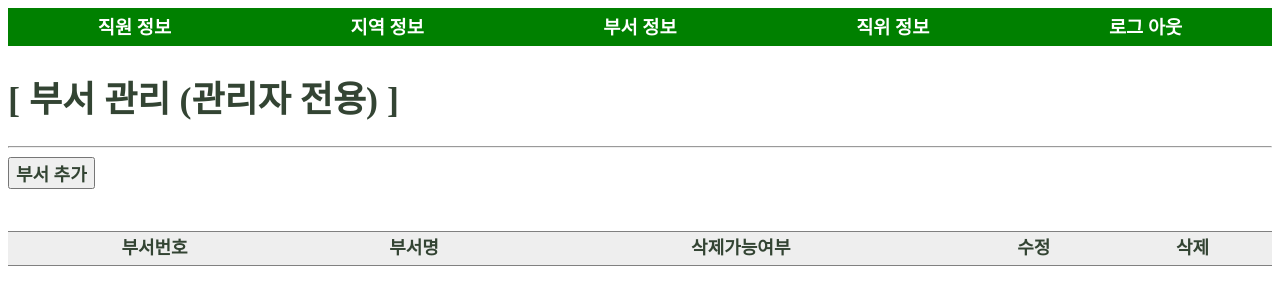
Repository: youngsik0405/SpringMVC
Page: http://localhost/mvc04/WEB-INF/view/RegionList.jsp
These files come from the project's save history. The page is drawn as it stood at one moment and after the next save; the edit follows.
The browser window is 1280 px wide. The pictures show the whole page.
The page is served by Tomcat 9. Nobody is signed in. The template is opened directly, without the code that normally fills it, so the values that code supplies are empty.

Above is the page before, as saved 2025-02-26 05:06:39.

### mvc04/WebContent/WEB-INF/view/RegionList.jsp
<%@ page contentType="text/html; charset=UTF-8"%>
<%@ taglib prefix="c" uri="http://java.sun.com/jsp/jstl/core"%>
<%
	request.setCharacterEncoding("UTF-8");
	String cp = request.getContextPath();
%>
<!DOCTYPE html>
<html>
<head>
<meta charset="UTF-8">
<title>RegionList.jsp</title>
<link rel="stylesheet" type="text/css" href="<%=cp %>/css/main.css">
</head>
<body>

<!----------------------------------------------
  #34. RegionList.jsp
  - 지역 리스트 출력 페이지
  - 관리자가 접근하는 지역 데이터 출력 페이지
    → 관리 기능 포함
------------------------------------------------>

<div>
	<!-- 메뉴 영역 -->
	<div>
		<c:import url="EmployeeMenu.jsp"></c:import>
	</div>

	<!-- 콘텐츠 영역 -->
	<div id="content">
		<h1>[ 부서 관리 (관리자 전용) ]</h1>
		<hr>

		<div>
			<form action="">
				<input type="button" class="btn" value="부서 추가"
				onclick="location.href='departmentinsertform.action'">
			</form>
		</div>
		<br><br>

		<table id="departmenttable" class="table">
			<tr>
				<th>부서번호</th>
				<th>부서명</th>
				<th>삭제가능여부</th>
				<th>수정</th>
				<th>삭제</th>
			</tr>

			<c:forEach var="department" items="${departmentList }">
			<tr>
				<td>${department.departmentId }</td>
				<td>${department.departmentName }</td>
				<td>${department.delCheck > 0 ? "삭제 불가능" : "삭제 가능" }</td>

				<td>
					<button type="button" class="btn updateBtn"
					value="${department.departmentId }">수정</button>
				</td>
				<td>
					<button type="button" class="btn deleteBtn"
					value="${department.departmentId }">삭제</button>
				</td>
			</tr>
			</c:forEach>


		</table>
	</div>

	<!-- 회사 소개 및 어플리케이션 소개 영역 -->
	<div id="footer">
	</div>

</div>

</body>
</html>

### mvc04/WebContent/WEB-INF/view/EmployeeMenu.jsp
<%@ page contentType="text/html; charset=UTF-8"%>
<%@ taglib prefix="c" uri="http://java.sun.com/jsp/jstl/core"%>
<%
	request.setCharacterEncoding("UTF-8");
	String cp = request.getContextPath();
%>
<!DOCTYPE html>
<html>
<head>
<meta charset="UTF-8">
<title>EmployeeMenu.jsp</title>
<link rel="stylesheet" type="text/css" href="<%=cp %>/css/menuStyle.css">
</head>
<body>

<!-------------------------
  #13. EmployeeMenu.jsp
  - 메인 메뉴 페이지 구성
-------------------------->

<!-- 확인 -->
<%--
<span>${sessionScope.admin==null ? "normal" : "admin" }</span>

--%>

<div id="menu">
	<ul>
		<c:choose>
			<c:when test="${sessionScope.admin==null }">
				<li>
					<a href="emplist.action" class="menu">직원 정보</a>
				</li>
				<li>
					<a href="reglist.action" class="menu">지역 정보</a>
				</li>
				<li>
					<a href="deplist.action" class="menu">부서 정보</a>
				</li>
				<li>
					<a href="poslist.action" class="menu">직위 정보</a>
				</li>
			</c:when>


			<c:otherwise>
				<li>
					<a href="employeelist.action" class="menu">직원 관리</a>
				</li>
				<li>
					<a href="regionlist.action" class="menu">지역 관리</a>
				</li>
				<li>
					<a href="departmentlist.action" class="menu">부서 관리</a>
				</li>
				<li>
					<a href="positionlist.action" class="menu">직위 관리</a>
				</li>
			</c:otherwise>
		</c:choose>


		<li>
			<a href="logout.action" class="menu">로그 아웃</a>
		</li>
	</ul>
</div>

</body>
</html>

### mvc04/WebContent/css/main.css
@charset "UTF-8";

/*======================
  #16. main.css
  - 메인 스타일 구성
=======================*/

*
{
	font-family: 맑은 고딕;
	color: #334433;
}

body, p, div, span, input, table, th, td, select
{
	font-size: 18px;
}

.control
{
	border: 1px solid gray;
	border-radius: 3px;
}

.table
{
	border-collapse: collapse;
	width: 100%;
}

.table th, .table td
{
	border: 1px solid gray;
	border-left: 0px;
	border-right: 0px;
	padding: 3px;
	line-height: 150%;
	text-align: center;
}

.table th
{
	font-weight: bold;
	background-color: #eeeeee;
}

.table td
{
	font-size: 12pt;
}

.btn
{
	cursor : pointer;
	font-weight: bold;
}

.btn:hover
{
	color: #ffffff;
	background-color: #008000;
}

### mvc04/WebContent/css/menuStyle.css
@charset "UTF-8";


/*
  #14. menuStyle.css
  - 메뉴 스타일 구성
*/

ul
{
	list-style-type: none;
	margin: 0px;
	padding: 0px;
	overflow: hidden;
}

li
{
	width: 20%;
	float: left;
}

a.menu:link, a.menu:visited
{
	display: block;
	font-weight: bold;
	color: #ffffff;
	background-color: #008000;
	text-align: center;
	padding: 4px;
	text-decoration: none;
	text-transform: uppercase;
	height: 30px;
	font-size: 14pt;
}


a.menu:hover, a.menu:active
{
	background-color: #ffffff;
	color: #008000;
	border: 2px solid #008000;
	border-radius: 5px;
	height: 26px;	/* 30-2-2 */
}

After the next save:
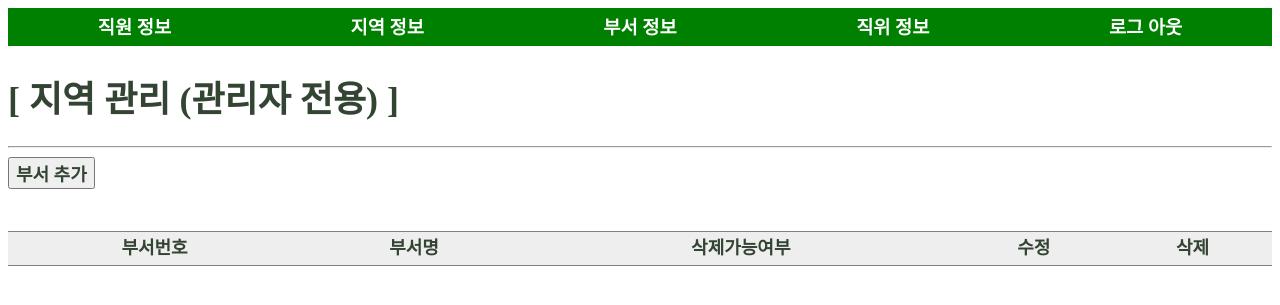
Saved 5 s later.
--- a/mvc04/WebContent/WEB-INF/view/RegionList.jsp
+++ b/mvc04/WebContent/WEB-INF/view/RegionList.jsp
@@ -28,7 +28,7 @@
 
 	<!-- 콘텐츠 영역 -->
 	<div id="content">
-		<h1>[ 부서 관리 (관리자 전용) ]</h1>
+		<h1>[ 지역 관리 (관리자 전용) ]</h1>
 		<hr>
 
 		<div>
